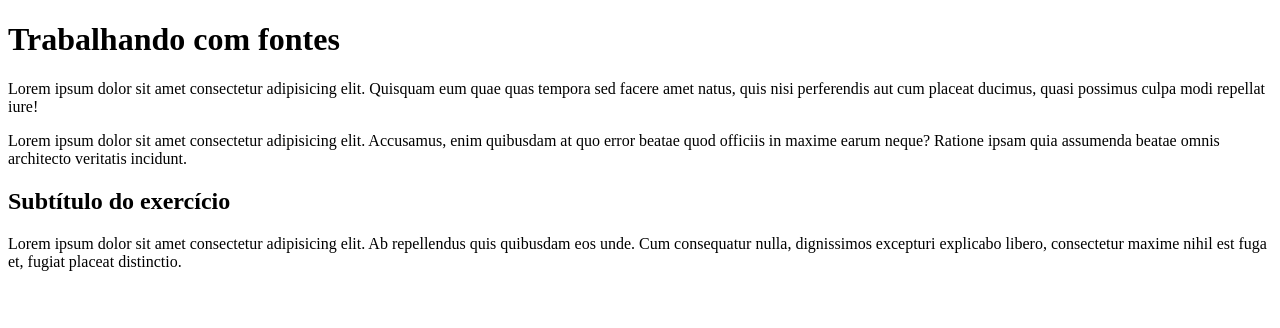
Repository: pheonix5/Estudo
Page: html-css/exercicios/ex017/fonte01.html
An editor plug-in stored every save of this project. The page is shown before and after the next save, followed by the edit.
The browser window is 1280 px wide. The pictures show the whole page.

Above is the page before, as saved 2023-08-12 00:35:10.

After the next save:
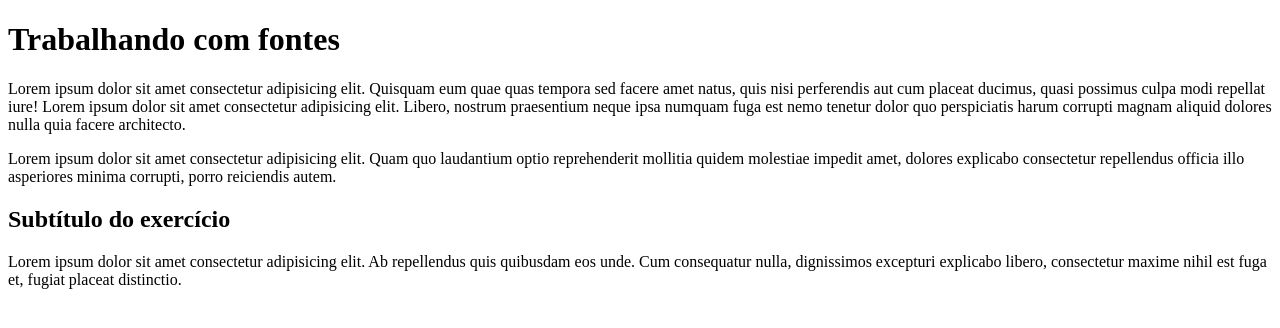
Saved 21 s later.
--- a/html-css/exercicios/ex017/fonte01.html
+++ b/html-css/exercicios/ex017/fonte01.html
@@ -7,8 +7,8 @@
 </head>
 <body>
   <h1>Trabalhando com fontes</h1>
-  <p>Lorem ipsum dolor sit amet consectetur adipisicing elit. Quisquam eum quae quas tempora sed facere amet natus, quis nisi perferendis aut cum placeat ducimus, quasi possimus culpa modi repellat iure!</p>
-  <p>Lorem ipsum dolor sit amet consectetur adipisicing elit. Accusamus, enim quibusdam at quo error beatae quod officiis in maxime earum neque? Ratione ipsam quia assumenda beatae omnis architecto veritatis incidunt.</p>
+  <p>Lorem ipsum dolor sit amet consectetur adipisicing elit. Quisquam eum quae quas tempora sed facere amet natus, quis nisi perferendis aut cum placeat ducimus, quasi possimus culpa modi repellat iure! Lorem ipsum dolor sit amet consectetur adipisicing elit. Libero, nostrum praesentium neque ipsa numquam fuga est nemo tenetur dolor quo perspiciatis harum corrupti magnam aliquid dolores nulla quia facere architecto.</p>
+  <p> Lorem ipsum dolor sit amet consectetur adipisicing elit. Quam quo laudantium optio reprehenderit mollitia quidem molestiae impedit amet, dolores explicabo consectetur repellendus officia illo asperiores minima corrupti, porro reiciendis autem.</p>
 
   <h2>Subtítulo do exercício</h2>
   <p>Lorem ipsum dolor sit amet consectetur adipisicing elit. Ab repellendus quis quibusdam eos unde. Cum consequatur nulla, dignissimos excepturi explicabo libero, consectetur maxime nihil est fuga et, fugiat placeat distinctio.</p>
